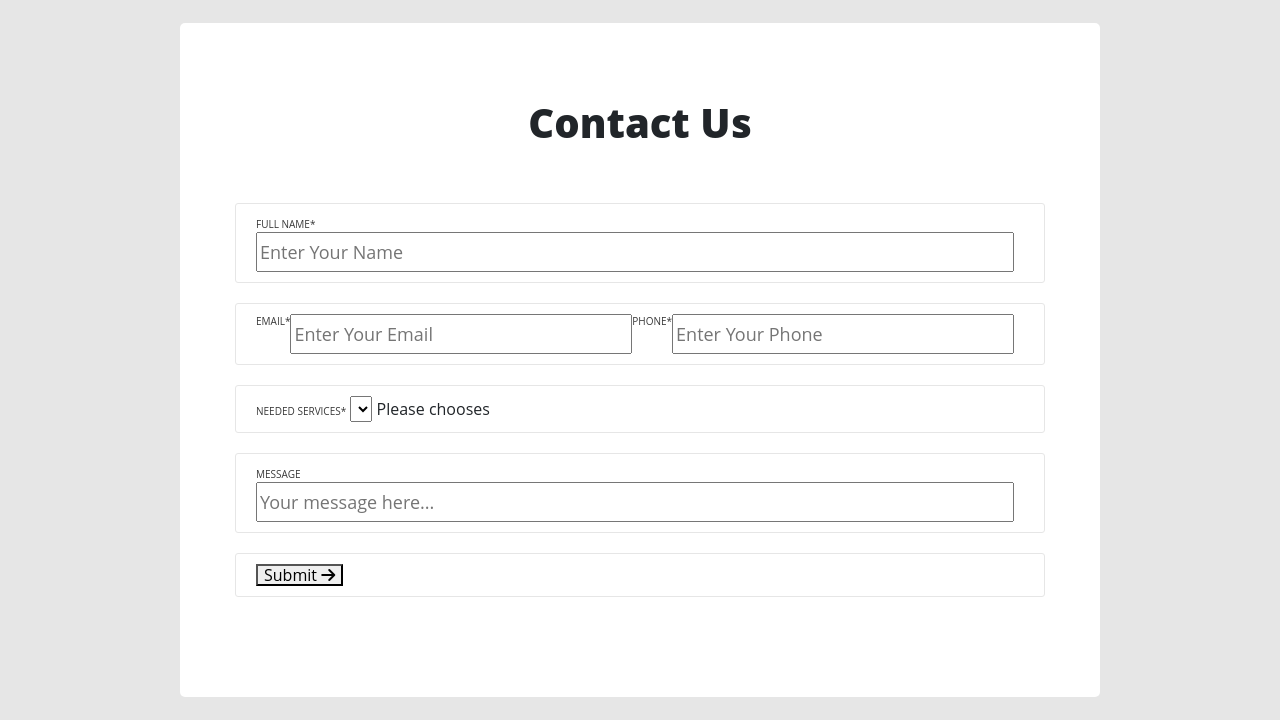
Repository: letrongtinh27/LapTrinhWeb
Page: form-contact/index.html
These files come from the project's save history. The page is drawn as it stood at one moment and after the next save; the edit follows.
The browser window is 1280 px wide. The pictures show the whole page.

Above is the page before, as saved 2022-10-09 11:32:20.

### form-contact/index.html
<!DOCTYPE html>
<html lang="en">
<head>
    <meta charset="UTF-8">
    <meta http-equiv="X-UA-Compatible" content="IE=edge">
    <meta name="viewport" content="width=device-width, initial-scale=1.0">
    <title>Form Contact Us</title>
    <link rel="stylesheet" href="https://cdn.jsdelivr.net/npm/bootstrap@4.3.1/dist/css/bootstrap.min.css" integrity="sha384-ggOyR0iXCbMQv3Xipma34MD+dH/1fQ784/j6cY/iJTQUOhcWr7x9JvoRxT2MZw1T" crossorigin="anonymous">
    <link rel="stylesheet" href="reset.css">
    <link rel="stylesheet" href="style.css">
    <link rel="stylesheet" href="https://cdnjs.cloudflare.com/ajax/libs/font-awesome/6.2.0/css/all.min.css" integrity="sha512-xh6O/CkQoPOWDdYTDqeRdPCVd1SpvCA9XXcUnZS2FmJNp1coAFzvtCN9BmamE+4aHK8yyUHUSCcJHgXloTyT2A==" crossorigin="anonymous" referrerpolicy="no-referrer" />
</head>
<body>
    <div class="contact">
        <h2 class="contact-title">Contact Us</h2>
        <form action="#" class="contact-form">
            <div class="form-group">
                <label for="">FULL NAME*</label>
                <input type="text" class="form-input" placeholder="Enter Your Name">
            </div>
            <div class="form-group form-group-2">
                <label for="">EMAIL*</label>
                <input type="email" class="form-input" placeholder="Enter Your Email">
                <label for="">PHONE*</label>
                <input type="email" class="form-input" placeholder="Enter Your Phone">
            </div>
            <div class="form-group">
                <label for="">NEEDED SERVICES*</label>
                <select name="service" id="">
                </select>
                <span>Please chooses</span>
            </div>
            <div class="form-group">
                <label for="">MESSAGE</label>
                <input type="text" class="form-input text-area" placeholder="Your message here...">
            </div>
            <div class="form-group">
                <button class="form-submit">Submit <i class="fa-solid fa-arrow-right"></i></button>
            </div>
        </form>
    </div>
    <script src="https://code.jquery.com/jquery-3.3.1.slim.min.js" integrity="sha384-q8i/X+965DzO0rT7abK41JStQIAqVgRVzpbzo5smXKp4YfRvH+8abtTE1Pi6jizo" crossorigin="anonymous"></script>
    <script src="https://cdn.jsdelivr.net/npm/popper.js@1.14.7/dist/umd/popper.min.js" integrity="sha384-UO2eT0CpHqdSJQ6hJty5KVphtPhzWj9WO1clHTMGa3JDZwrnQq4sF86dIHNDz0W1" crossorigin="anonymous"></script>
    <script src="https://cdn.jsdelivr.net/npm/bootstrap@4.3.1/dist/js/bootstrap.min.js" integrity="sha384-JjSmVgyd0p3pXB1rRibZUAYoIIy6OrQ6VrjIEaFf/nJGzIxFDsf4x0xIM+B07jRM" crossorigin="anonymous"></script>
</body>
</html>

### form-contact/style.css
body {
    font-family: 'Open Sans',sans-serif;
    width: 100%;
    height: 100vh;
    display: flex;
    align-items: center;
    justify-content: center;
    background: #e6e6e6;
}

.contact{
   width: 100%;
   max-width: 920px;
   background-color: #ffffff;
   border-radius: 5px;
   padding: 80px 55px;
}
.contact-title{
    font-size: 40px;
    text-align: center;
    padding-bottom: 60px;
    font-weight: 800;
}

.form-group{
    margin-bottom: 20px;
    width: 100%;
    border: 1px solid #e6e6e6;
    border-radius: 3px;
    padding: 10px 30px 10px 20px;
}

.form-group-2 {
    display: flex;
    justify-content: space-between;
}
.form-input{
    font-family: 'Open Sans',sans-serif;
    color: #555555;
    width: 100%;
    padding-right: 15px;
    line-height: 1.2;
    height: 40px;
    font-size: 18px;
    outline: none;
}
label {
    color: #393939;
    font-size: 10px;
    line-height: 1.5;
}
.form-submit{

}
.fa-solid{

}
.fa-arrow-right{

}

Loaded but not shown: form-contact/reset.css (common file)

After the next save:
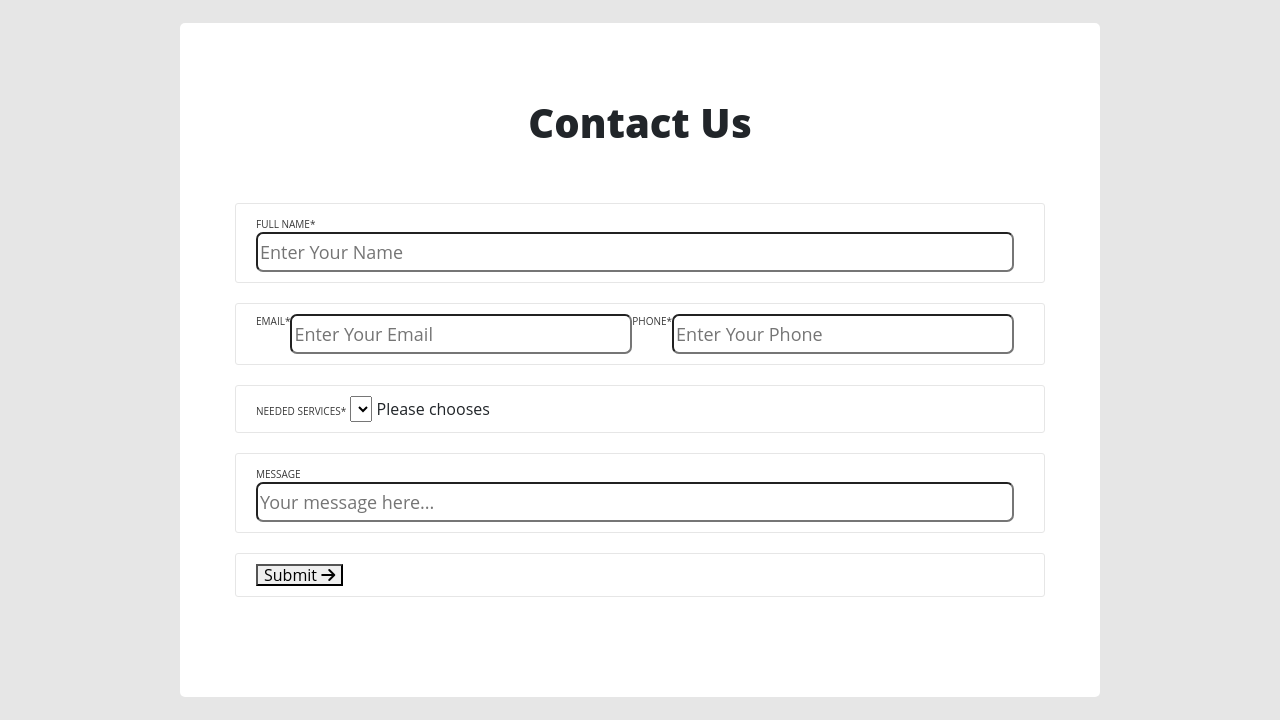
Saved 11 s later.
--- a/form-contact/style.css
+++ b/form-contact/style.css
@@ -43,6 +43,7 @@ body {
     height: 40px;
     font-size: 18px;
     outline: none;
+    border-radius: 7px;
 }
 label {
     color: #393939;

After the save that followed:
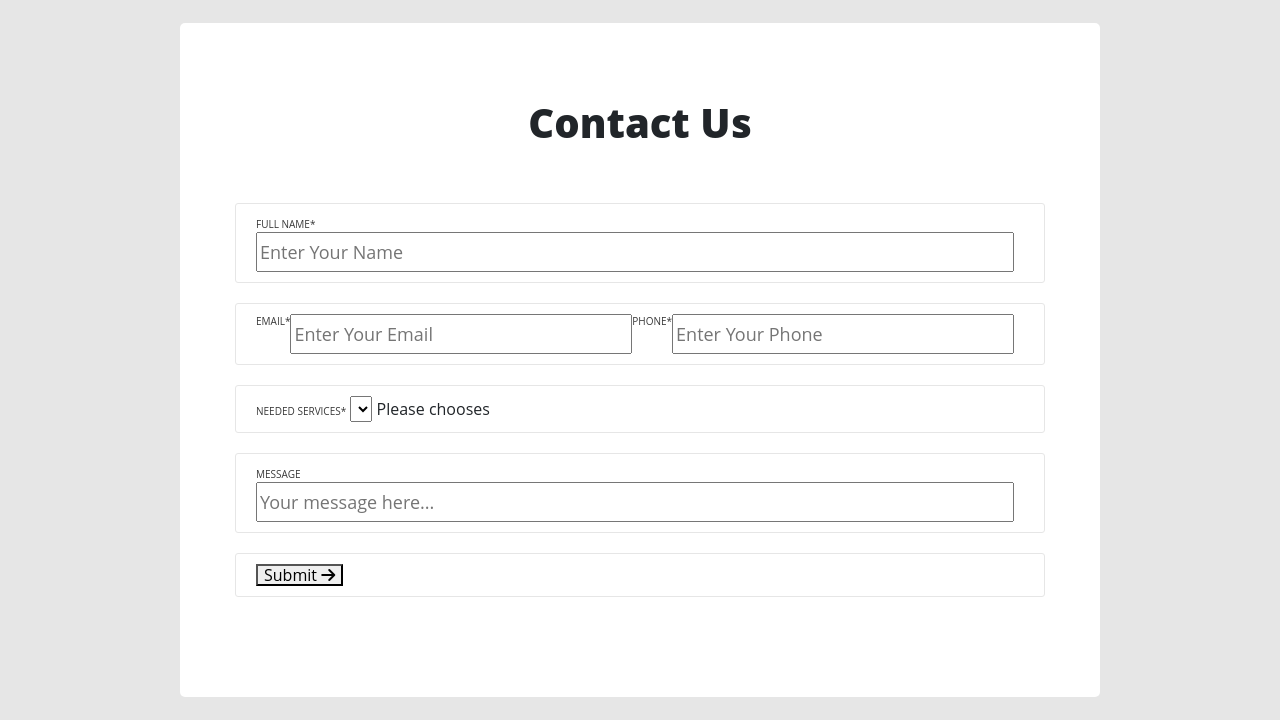
Saved 12 s later.
--- a/form-contact/style.css
+++ b/form-contact/style.css
@@ -43,7 +43,6 @@ body {
     height: 40px;
     font-size: 18px;
     outline: none;
-    border-radius: 7px;
 }
 label {
     color: #393939;
